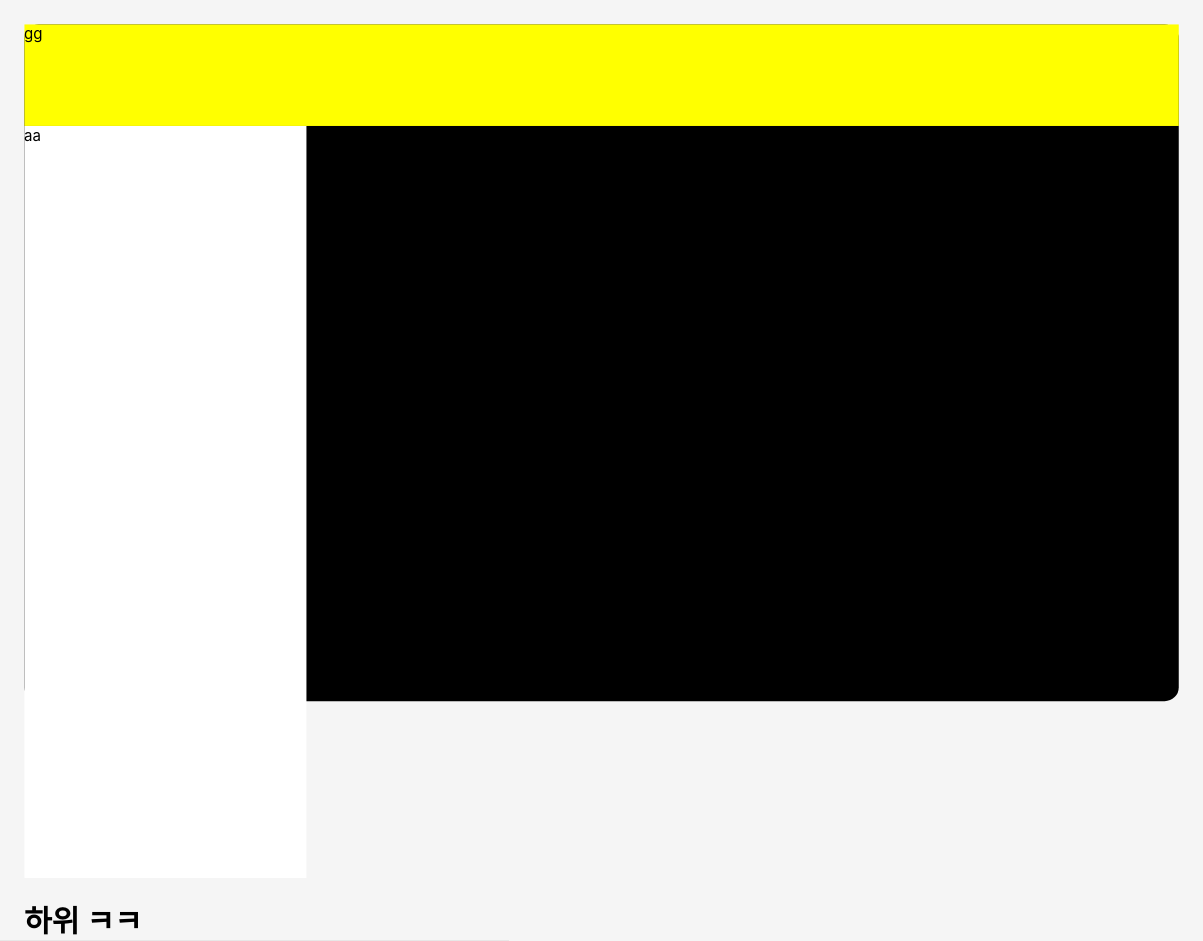
Repository: yangddoddi/community_react
Page: /
These files come from the project's save history. The page is drawn as it stood at one moment and after a run of saves; the edit follows.
The browser window is 1280 px wide. The pictures show the whole page, at 94% of full size.
The page's requests for data from a server got no answer. The project was rebuilt for these pictures with package versions that can differ from the ones it lists, and the page was loaded fresh each time. No one was signed in, and anything a server would have sent is missing.

Above is the page before, as saved 2022-08-16 23:54:26.

### src/App.js
import React, { useState, useEffect } from "react";
import { BrowserRouter, Routes, Route } from "react-router-dom";
import { Posts } from "./pages/Posts";
import { Sidebar } from "./components/Sidebar";
import { Header } from "./components/Header";
import "./App.scss";

function App() {
  return (
    <BrowserRouter>
      <div className="container">
        <Header />
        <Sidebar />
        <Routes>
          <Route path="/" element={<Posts />} />
        </Routes>
      </div>
    </BrowserRouter>
  );
}

export default App;

### src/pages/Posts.js
import React, { useEffect, useState } from "react";
import { testAxios } from "../config/testAxios";
import axios from "axios";

export const Posts = () => {
  const [test, setTest] = useState("");
  const apiTest = (d) => {
    setTest(d);
  };

  useEffect(() => {
    testAxios("test", apiTest);
  });

  return (
    <div>
      <h1> 하위 ㅋㅋ </h1>
      <h2> {test} </h2>
    </div>
  );
};

### src/components/Sidebar.js
import styles from "./Sidebar.module.scss";

export const Sidebar = () => {
  return (
    <nav className={styles.sidebar}>
      <div>aa</div>
    </nav>
  );
};

### src/components/Header.js
import styles from "./Header.module.scss";

export const Header = () => {
  return (
    <header className={styles.header}>
      <div>gg</div>
    </header>
  );
};

### src/App.scss

html,body, #root {
    height: 100%;
}

#root {
    display: flex;
    justify-content: center;
    padding: 2%;
}

body {
    padding: auto;
    background-color: whitesmoke;
    width: 100%;
    height: 100%;
}

.container {
    border-radius: 15px;
    background-color: black;
    width: 1300px;

    height: 100%;
    display: block;
}

### src/config/testAxios.js
import axios from "axios";

export const testAxios = (url, findIp) => {
  axios({
    url: "/" + url,
    method: "post",
    baseURL: "http://localhost:8080",
    withCredentials: true,
  }).then((res) => {
    findIp(res.data);
  });
};

### src/components/sidebar.module.scss

.sidebar {
    background-color: white;
    height: 800px;
    width: 300px;
}

### src/components/header.module.scss


.header {
    width: 100%;
    height: 15%;
    background-color: yellow;
}

Loaded but not shown: public/index.html (common file); src/index.js (common file); src/index.css (common file); src/reportWebVitals.js (common file)

After the next 5 saves:
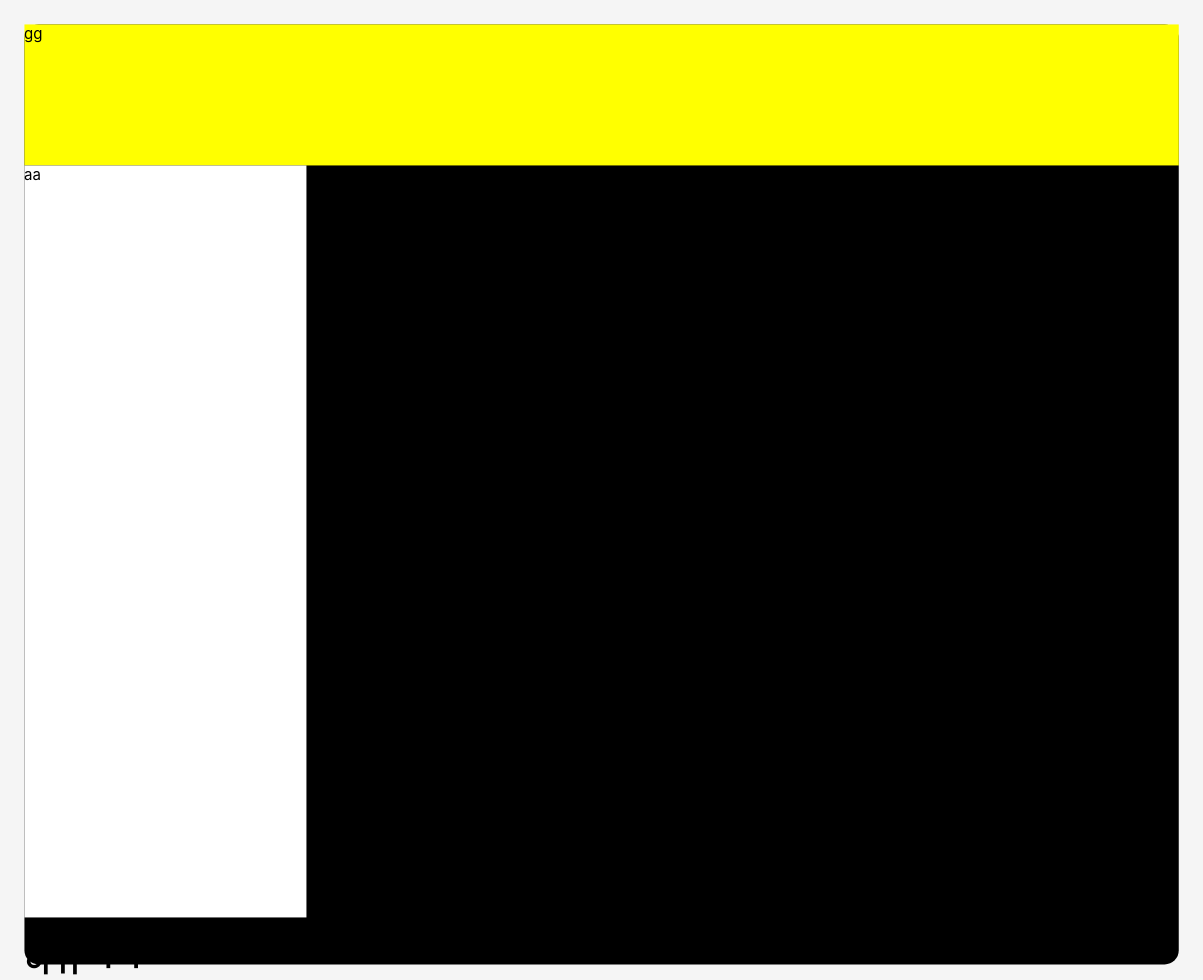
The 5 saves are shown as one change because they came seconds apart.
The last was saved 28 s later.
--- a/src/App.scss
+++ b/src/App.scss
@@ -20,7 +20,6 @@ body {
     border-radius: 15px;
     background-color: black;
     width: 1300px;
-
-    height: 100%;
+    height: 1000px;
     display: block;
 }
